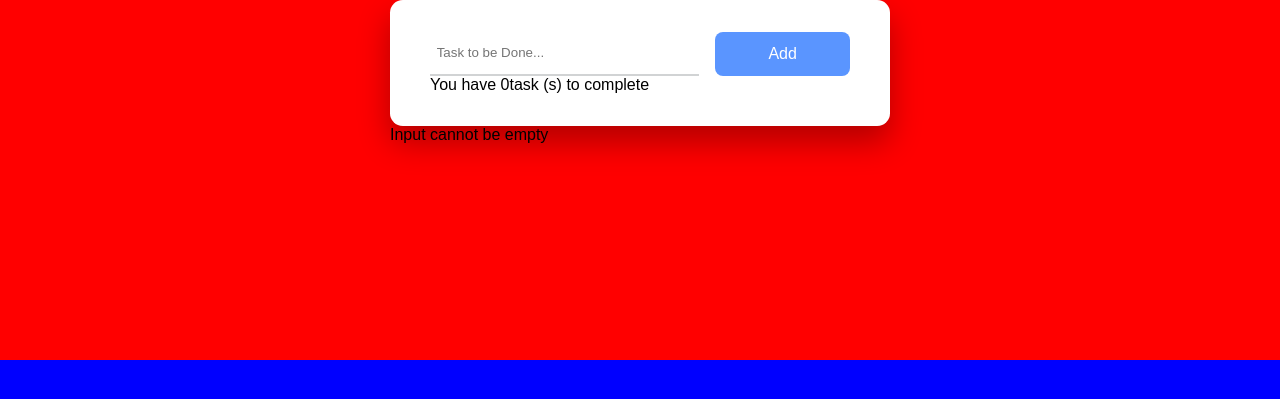
Repository: JunaidAnsari202/Todo-List
Page: index.html
The author's editor kept a copy of each file at every save. The page is drawn from the files as they stood at one save, then again after a run of saves.
The browser window is 1280 px wide. The pictures show the whole page.

Above is the page before, as saved 2023-10-30 12:44:17.

After the next 11 saves:
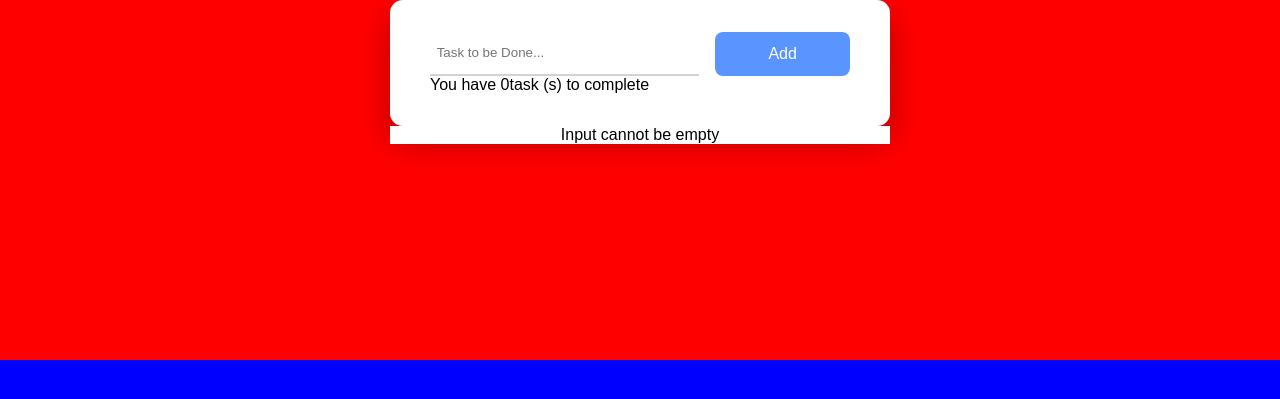
The 11 saves are shown as one change because they came seconds apart.
The last was saved 21 s later.
--- a/style.css
+++ b/style.css
@@ -61,5 +61,7 @@ body{
     cursor: pointer;
 }
 #error{
-    t
+    text-align: center;
+    background-color: #ffffff;
+    color: ;
 }
